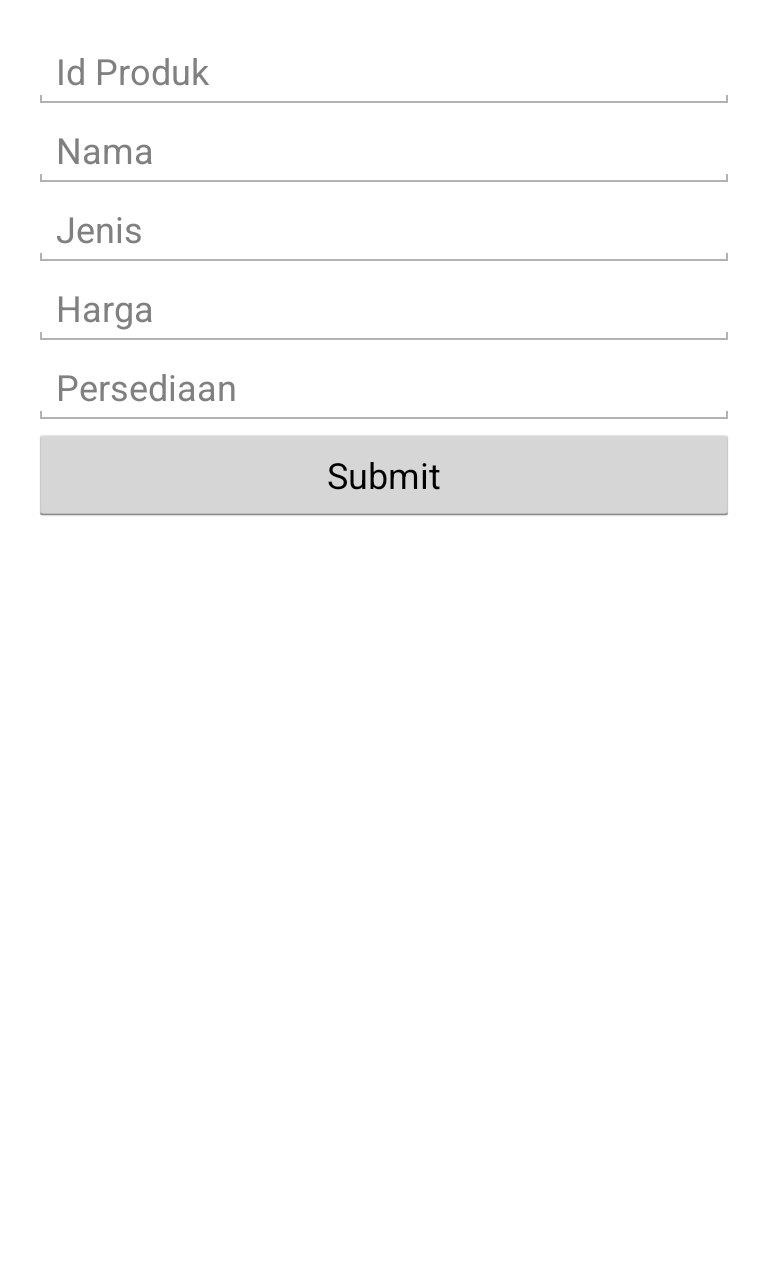
Repository: kisahtegar/UnipiLabs
Layout: GudangKisah/res/layout/activity_add_data.xml
The author's editor kept a copy of each file at every save. The layout is drawn from the files as they stood at one save, then again after the next save.
It is drawn on a 768 x 1280 px phone screen (xhdpi) without system bars, with theme AppTheme; the app's code is not run.

Above is the layout before, as saved 2024-07-31 04:17:24.

### GudangKisah/res/layout/activity_add_data.xml
<!-- activity_add_data.xml -->
<LinearLayout xmlns:android="http://schemas.android.com/apk/res/android"
    android:layout_width="match_parent"
    android:layout_height="match_parent"
    android:orientation="vertical"
    android:padding="16dp">

    <EditText
        android:id="@+id/id_produk"
        android:layout_width="match_parent"
        android:layout_height="wrap_content"
        android:hint="Id Produk"/>

    <EditText
        android:id="@+id/nama"
        android:layout_width="match_parent"
        android:layout_height="wrap_content"
        android:hint="Nama"/>

    <EditText
        android:id="@+id/jenis"
        android:layout_width="match_parent"
        android:layout_height="wrap_content"
        android:hint="Jenis"/>

    <EditText
        android:id="@+id/harga"
        android:layout_width="match_parent"
        android:layout_height="wrap_content"
        android:hint="Harga"/>

    <EditText
        android:id="@+id/persediaan"
        android:layout_width="match_parent"
        android:layout_height="wrap_content"
        android:hint="Persediaan"/>

    <Button
        android:id="@+id/submit_button"
        android:layout_width="match_parent"
        android:layout_height="wrap_content"
        android:text="Submit"/>
</LinearLayout>

### GudangKisah/res/values/strings.xml
<?xml version="1.0" encoding="utf-8"?>
<resources>

    <string name="app_name">GudangKisah</string>
    <string name="action_settings">Settings</string>
    <string name="hello_world">Hello world!</string>

    <string name="tambah_data">Tambah Data</string>
</resources>

Loaded but not shown: GudangKisah/res/values/styles.xml (common file); GudangKisah/res/values-v11/styles.xml (common file); GudangKisah/res/values-v14/styles.xml (common file)

After the next save:
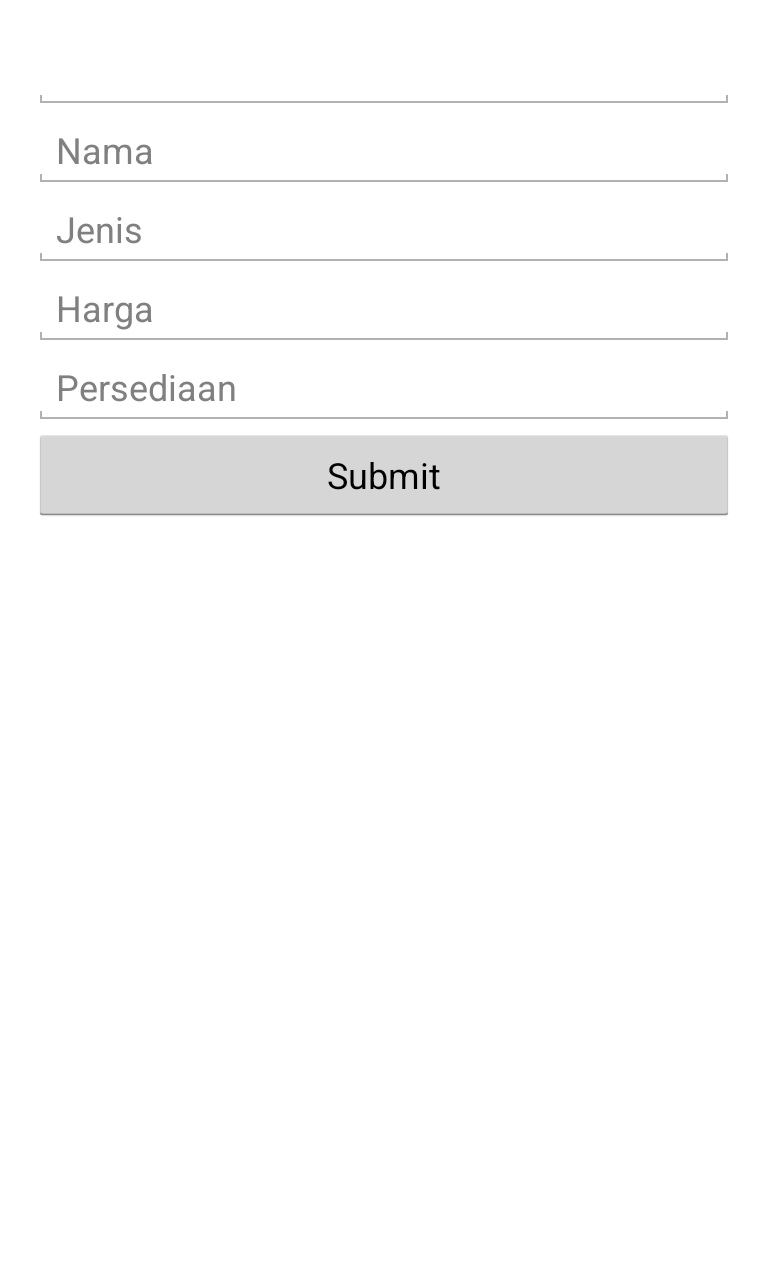
Saved 26 s later.
--- a/GudangKisah/res/layout/activity_add_data.xml
+++ b/GudangKisah/res/layout/activity_add_data.xml
@@ -9,7 +9,7 @@
         android:id="@+id/id_produk"
         android:layout_width="match_parent"
         android:layout_height="wrap_content"
-        android:hint="Id Produk"/>
+        android:hint=""/>
 
     <EditText
         android:id="@+id/nama"

After the 4 saves that followed:
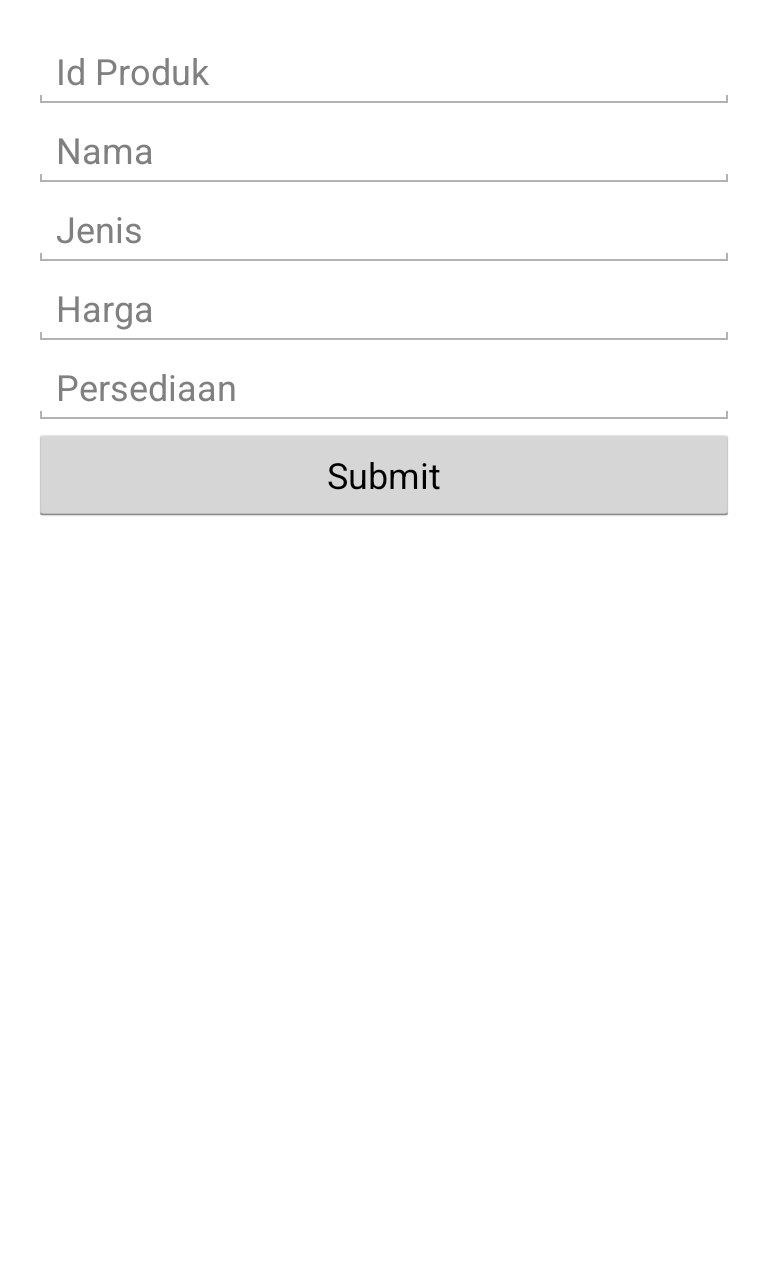
The 4 saves are shown as one change because 3 left the picture as it was.
The last was saved 2 min 8 s later.
--- a/GudangKisah/res/layout/activity_add_data.xml
+++ b/GudangKisah/res/layout/activity_add_data.xml
@@ -9,7 +9,7 @@
         android:id="@+id/id_produk"
         android:layout_width="match_parent"
         android:layout_height="wrap_content"
-        android:hint=""/>
+        android:hint="@string/id_produk"/>
 
     <EditText
         android:id="@+id/nama"
--- a/GudangKisah/res/values/strings.xml
+++ b/GudangKisah/res/values/strings.xml
@@ -6,4 +6,10 @@
     <string name="hello_world">Hello world!</string>
 
     <string name="tambah_data">Tambah Data</string>
+    <string name="id_produk">Id Produk</string>
+    <string name="nama">Nama</string>
+    <string name="jenis">Jenis</string>
+    <string name=""></string>
+    <string name=""></string>
+    <string name=""></string>
 </resources>
